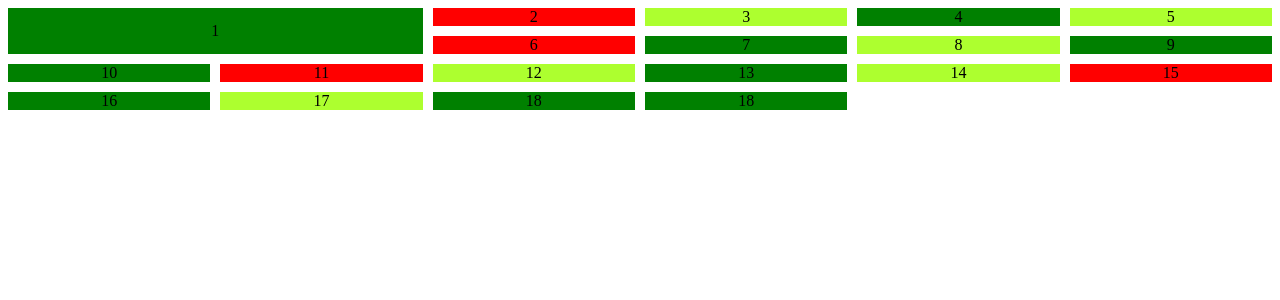
Repository: motiejus1/09-paskaita-05.31
Page: index.html
The author's editor kept a copy of each file at every save. The page is drawn from the files as they stood at one save, then again after a run of saves.
The browser window is 1280 px wide. The pictures show the whole page.

Above is the page before, as saved 2021-06-15 19:47:10.

After the next 2 saves:
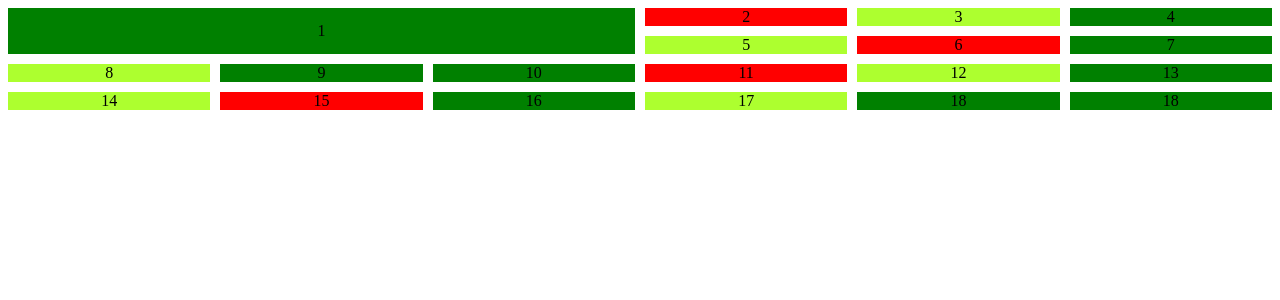
The 2 saves are shown as one change because they came seconds apart.
The last was saved 60 s later.
--- a/index.html
+++ b/index.html
@@ -29,7 +29,7 @@
             /* grid-column-start: 1 ;
             grid-column-end: 3 ; */
 
-            grid-column: 1 / 3;
+            grid-column: 1 / span 3;
 
             grid-row: 1 / 3;
         }
